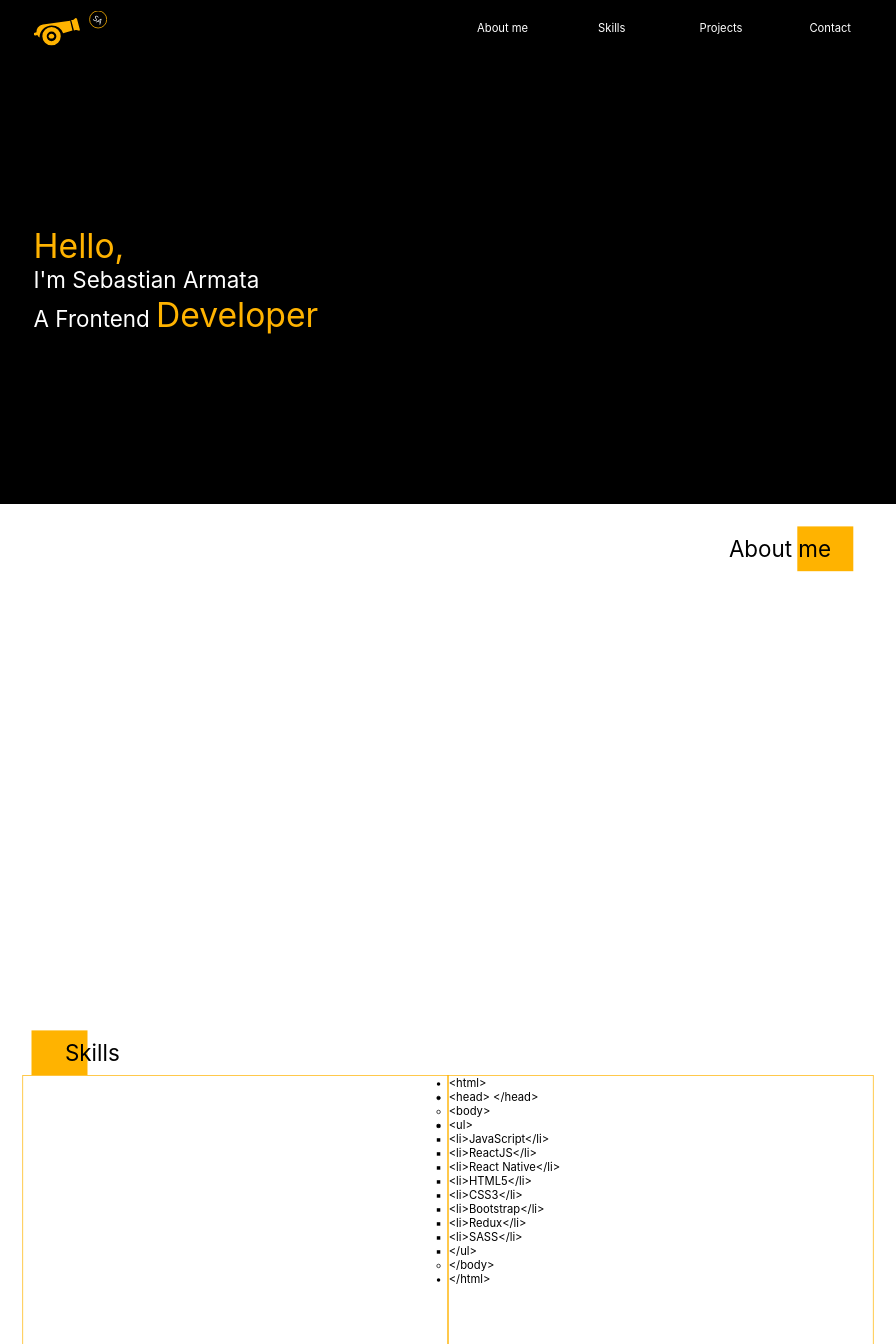
Repository: SebastianArmata22/Portfolio
Page: /
These files come from the project's save history. The page is drawn as it stood at one moment and after the next save; the edit follows.
The browser window is 1280 px wide. The pictures show the part of the page from y = 0 to 1920 px (the page is 3664 px tall), at 70% of full size.
The project was rebuilt for these pictures with package versions that can differ from the ones it lists, and the page was loaded fresh each time.

Above is the page before, as saved 2021-02-24 17:41:24.

After the next save:
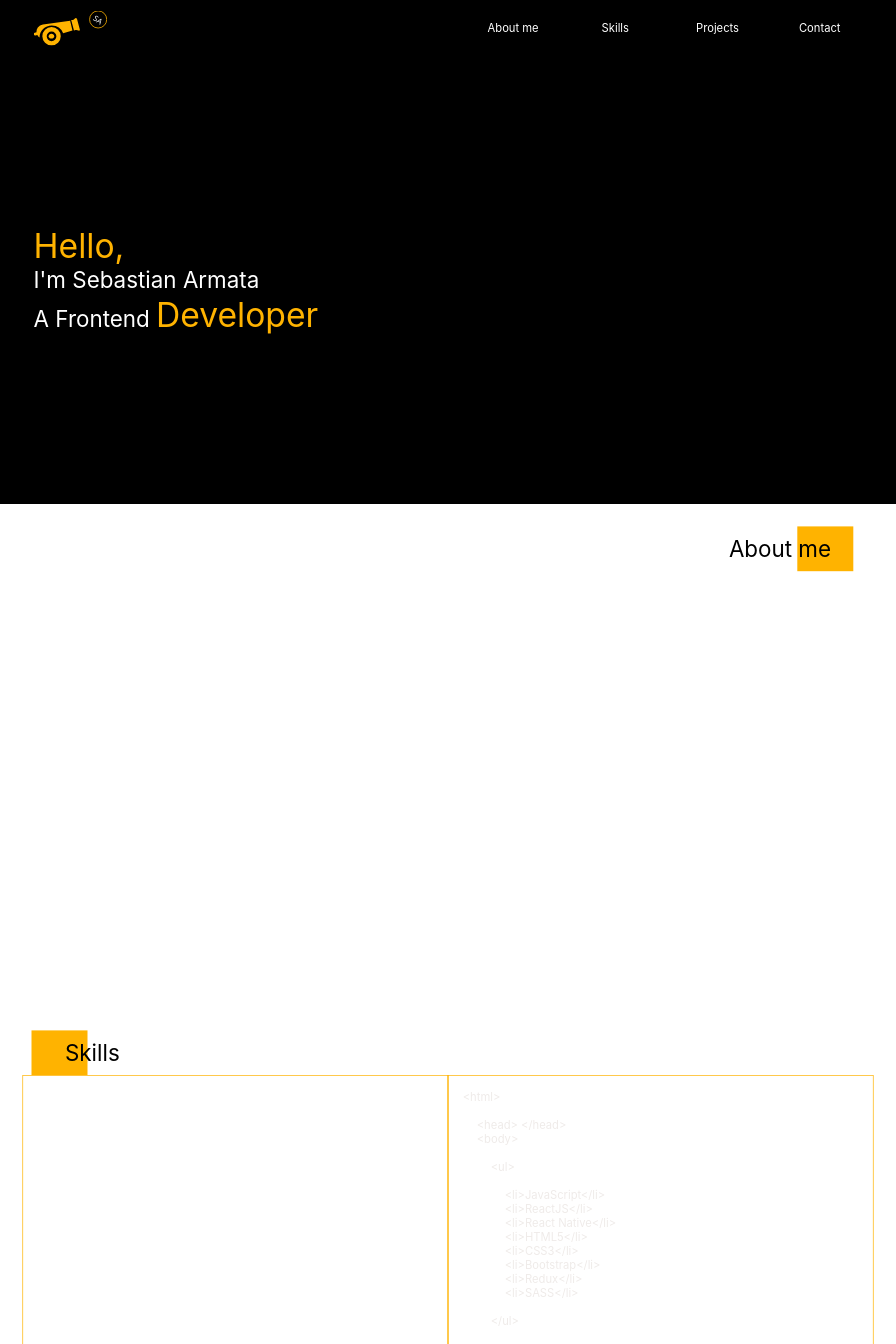
Saved 83 s later.
--- a/src/components/skills/skills.module.scss
+++ b/src/components/skills/skills.module.scss
@@ -34,3 +34,86 @@
         }
     }
 }
+.programming {
+    display: inline-block;
+    width: 100%;
+  }
+
+  .sub-heading{
+     font-size: 30px;
+    font-weight: 400px;
+    text-transform: uppercase;
+    text-align: center;
+    margin: 0px;
+
+  }
+  .title{
+    color: #fd7070;
+    font-weight: bold;
+  }
+  .container{
+    display:flex;
+    padding-top: 20px;
+    padding-bottom: 20px;
+  }
+
+  .programming-skill {
+    float: left;
+    margin-right: 10px;
+    margin-top: 10px;
+  }
+
+  .console-header {
+    background: #CFD8DC;
+    height: 20px;
+  }
+
+  .console-button {
+    width: 10px;
+    height: 10px;
+    border-radius: 50%;
+    float: left;
+    margin-left: 5px;
+  }
+
+  .console-buttons {
+    float: right;
+    margin-right: 5px;
+    margin-top: 5px;
+  }
+
+  .btn-1 {
+    background: #8BC34A;
+  }
+
+  .btn-2 {
+    background: #FFB74D;
+  }
+
+  .btn-3 {
+    background: #D32F2F;
+  }
+
+  ul {
+    list-style: none;
+    color: #EFEBE9;
+    padding-left: 20px;
+    padding-right: 20px;
+    margin-top: 20px;
+    margin-bottom: 20px;
+  }
+
+  .no-top-padding {
+    margin-top: 0;
+    margin-bottom: 0;
+    padding-left: 10px;
+    padding-right: 0px;
+  }
+
+  .html-1 {
+    color: #EF5350;
+  }
+
+  .html-2 {
+    color: #FFCC80;
+  }
